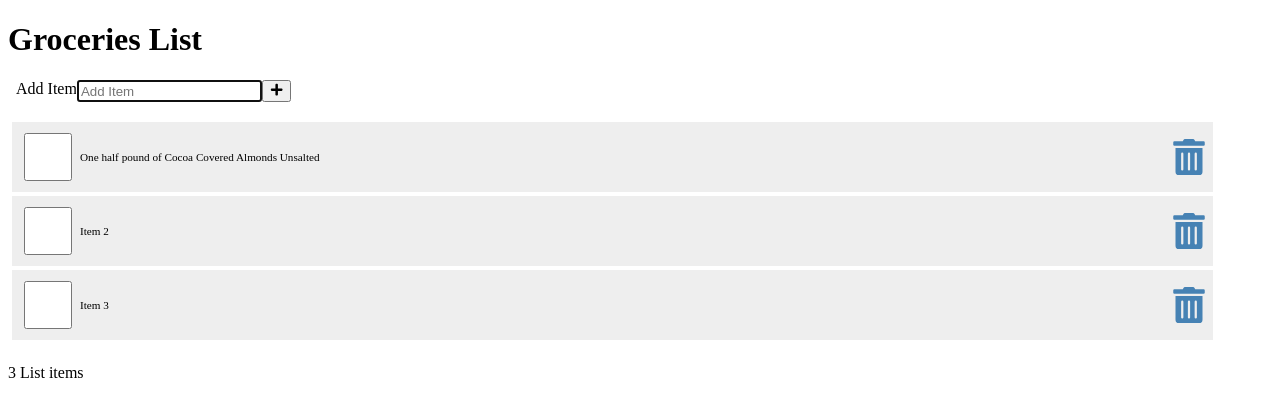
Repository: akinmiday/react-series
Page: /
An editor plug-in stored every save of this project. The page is shown before and after the next save, followed by the edit.
The browser window is 1280 px wide. The page is 1288 px wide, so the pictures cover 1288 px, including what lies to the right of the window. The pictures show the whole page.
The project was rebuilt for these pictures with package versions that can differ from the ones it lists, and the page was loaded fresh each time. Also part of the build but not shown: vite.config.js, src/index.css.

Above is the page before, as saved 2023-08-22 06:12:33.

### src/App.jsx
import { useState } from 'react'
import './App.css'
import Content from './Content'
import Footer from './Footer'
import Header from './Header'
import AddItem from './AddItem'

const App = () => {
  const [items, setItems] = useState([
    {
      id: 1,
      checked: false,
      item: "One half pound of Cocoa Covered Almonds Unsalted"
    },
    {
      id: 2,
      checked: false,
      item: "Item 2"
    },
    {
      id: 3,
      checked: false,
      item: "Item 3"

    }
  ])

  const handleCheck = (id) => {
    const listItems = items.map((item) => item.id === id ? { ...item, checked: !item.checked } : item)
    setItems(listItems)
    localStorage.setItem("shoppinglist", JSON.stringify(listItems))
  }

  const handleDelete = (id) => {
    const listItems = items.filter((item) => item.id !== id)
    setItems(listItems)
    localStorage.setItem("shoppinglist", JSON.stringify(listItems))
  }

  return (
    <>
      <Header title="Groceries List" />
      <AddItem />
      <Content
        items={items}
        handleCheck={handleCheck}
        handleDelete={handleDelete}
      />
      <Footer length={items.length} />
    </>
  )
}

export default App

### src/App.css
ul {
    width: 95%;
    list-style: none;
    padding: 0 0.25rem 0.25rem;
}

ul li::before{
    content: "\200B";
}

.item{
    display: flex;
    justify-content: flex-start;
    align-items: center;
    padding: 0.5rem 0 0.5rem 0.5rem;
    margin: 0.25rem 0;
    background-color: #eee;
}

.item input[type="checkbox"] {
    text-align: center;
    width: 2.5rem;
    width: 48px;
    min-width: 48px;
    height: 2.5rem;
    height: 48px;
    min-height: 48px;
    cursor: pointer;
    margin-right: 0.5rem;
}

.item input[type="checkbox"]:focus + label{
text-decoration: underline;
}

.item > label{
    font-size: 0.7rem;
    flex-grow: 1;
}

.item svg{
    width: 48px;
    min-width: 48px;
    height: 36px;
    font-size: 2px;
    color: steelblue;
    cursor: pointer;
}

.item svg:focus,
.item svg:hover{
    color: red;
    outline: none;
}

.addForm{
    width: 100%;
    display: flex;
    justify-content: flex-start;
    margin: 0.5rem 0 0;
    padding: 0 0.5rem 0.25rem;
}

### src/Content.jsx
/* eslint-disable react/prop-types */

import ItemList from "./ItemList"


const Content = ({ items, handleCheck, handleDelete }) => {

    return (
        <>
            {items.length ? (
                <ItemList
                    items={items}
                    handleCheck={handleCheck}
                    handleDelete={handleDelete}
                />
            ) : (
                <p style={{ marginTop: '2rem' }} >Your List is empty</p >
            )}
        </>
    )
}

export default Content

### src/Footer.jsx
// eslint-disable-next-line react/prop-types
const Footer = ({ length }) => {

  return (
    <div>
      <p>{length} List {length <= 1 ? "item" : "items"}  </p>
    </div>
  )
}

export default Footer

### src/Header.jsx
// eslint-disable-next-line react/prop-types
const Header = ({ title }) => {
    return (
        <header>
            <h1>{title}</h1>
        </header>
    )
}

export default Header

### src/AddItem.jsx
import { FaPlus } from "react-icons/fa"
function AddItem() {
    return (
        <form className="addForm">
            <label htmlFor="addItem">Add Item</label>
            <input
                autoFocus
                id="addItem"
                type="text"
                placeholder="Add Item"
                required
            />
            <button
                type="submit"
                aria-label="Add Item">
                <FaPlus />
            </button>

        </form>
    )
}

export default AddItem

### src/ItemList.jsx
/* eslint-disable react/prop-types */
import LineItem from "./LineItem"

const ItemList = ({ items, handleCheck, handleDelete }) => {
    return (
        <ul>
            {items.map((item) => (
                <LineItem
                    key={item.id}
                    item={item}
                    handleCheck={handleCheck}
                    handleDelete={handleDelete}
                />
            ))}
        </ul>
    )
}

export default ItemList

### src/LineItem.jsx
/* eslint-disable react/prop-types */
import { FaTrashAlt } from "react-icons/fa"

const LineItem = ({ item, handleCheck, handleDelete }) => {
    return (
        <li className='item'>
            <input
                type='checkbox'
                checked={item.checked}
                onChange={() => handleCheck(item.id)}
            />
            <label
                style={(item.checked) ? { textDecoration: 'line-through' } : null}
                onDoubleClick={() => handleCheck(item.id)}
            >{item.item}</label>
            <FaTrashAlt
                onClick={() => handleDelete(item.id)}
                role='button'
                tabIndex="0"
                aria-label={`Delete ${item.item}`}
            />
        </li>
    )
}

export default LineItem

Loaded but not shown: index.html (common file); src/main.jsx (common file)

After the next save:
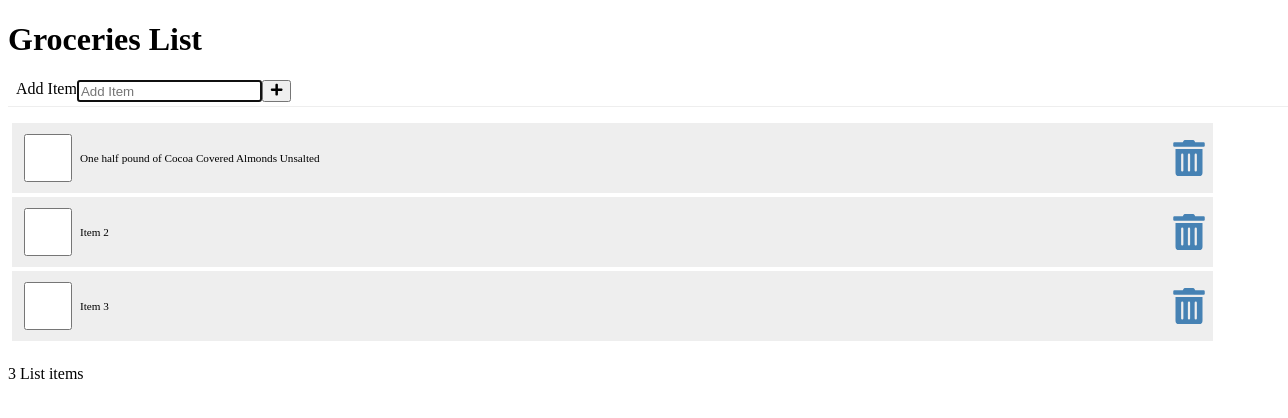
Saved 23 s later.
--- a/src/App.css
+++ b/src/App.css
@@ -59,4 +59,5 @@ text-decoration: underline;
     justify-content: flex-start;
     margin: 0.5rem 0 0;
     padding: 0 0.5rem 0.25rem;
+    border-bottom: 1px solid #eee;
 }
